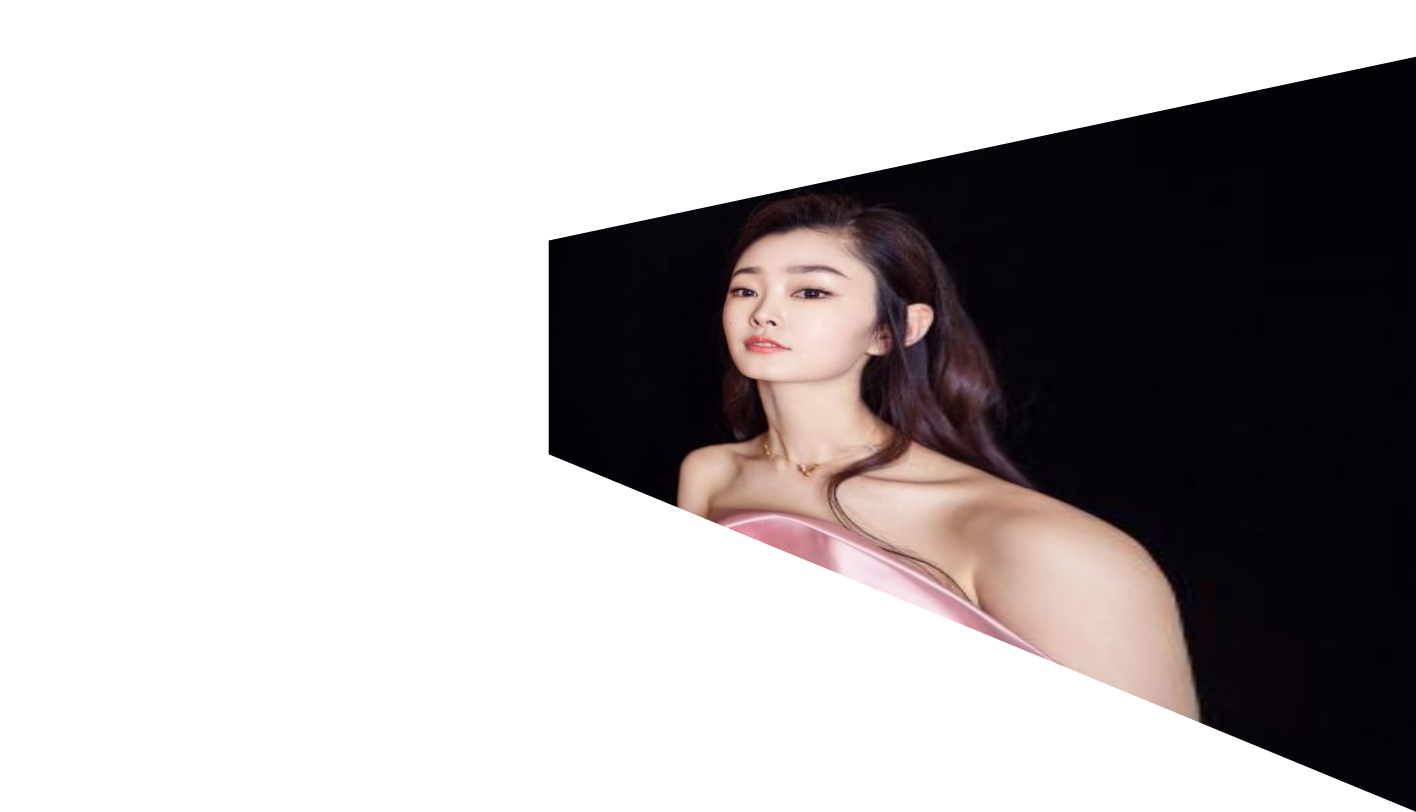
Repository: Germtao/Web
Page: web_css/css3_动画.html
The author's editor kept a copy of each file at every save. The page is drawn from the files as they stood at one save, then again after the next save.
The browser window is 1280 px wide. The page is 1416 px wide, then 1280 px, so the pictures cover 1416 px, including what lies to the right of the window. The pictures show the whole page.
The pointer rests on the first visible `.rotateX`.

Above is the page before, as saved 2020-11-03 14:06:28.

After the next save:
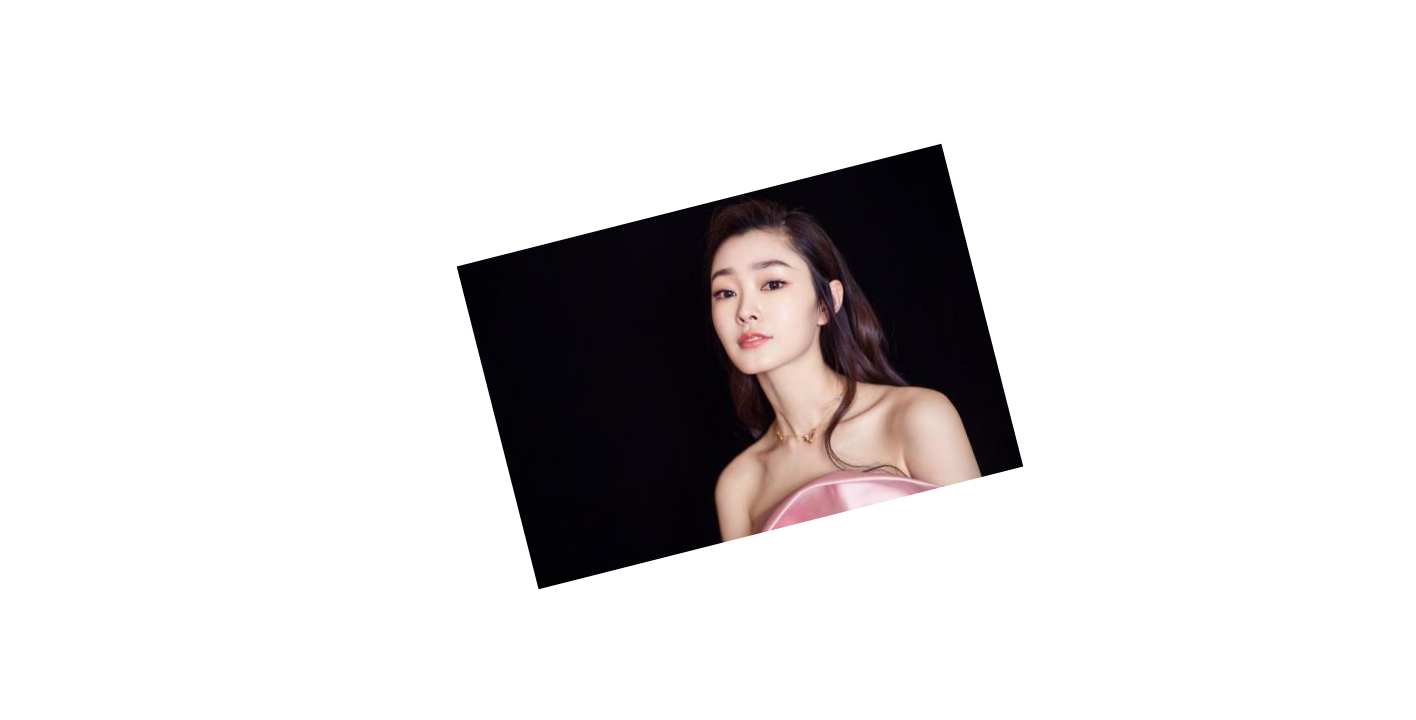
Saved 5 min 37 s later.
--- a/web_css/css3_动画.html
+++ b/web_css/css3_动画.html
@@ -152,7 +152,8 @@
     /* 所有的3d旋转，对着正方向去看，都是顺时针旋转 */
     .rotateX:hover img {
       /* transform: rotateX(360deg); */
-      transform: rotateY(360deg);
+      /* transform: rotateY(360deg); */
+      transform: rotateZ(360deg);
     }
   </style>
 </head>
